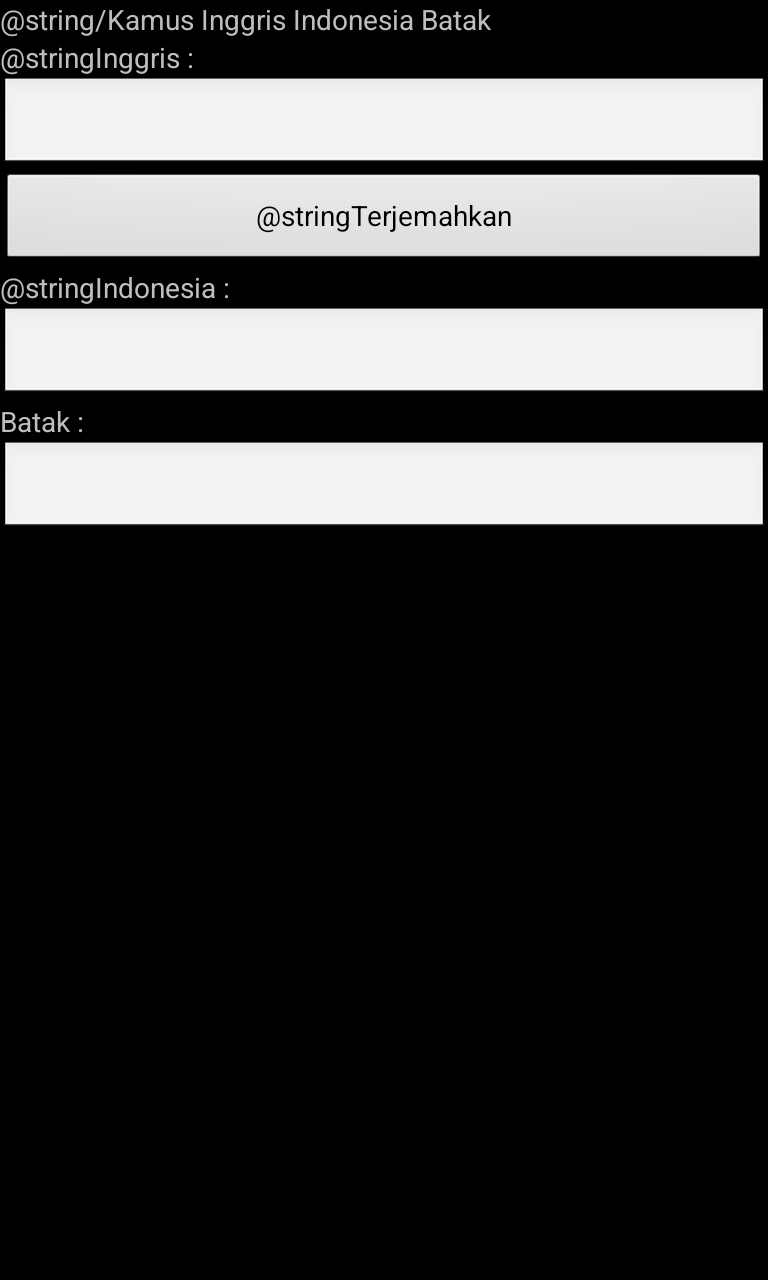
Repository: AndenWano/kamusbahasaindonesia
Layout: KamusKomputer/Kamus/res/layout/activity_show_kamus.xml
An editor plug-in stored every save of this project. The layout is shown before and after the next save, followed by the edit.
It is drawn on a 768 x 1280 px phone screen (xhdpi) without system bars, with theme android:Theme; the app's code is not run.

Above is the layout before, as saved 2014-12-21 10:19:12.

After the next save:
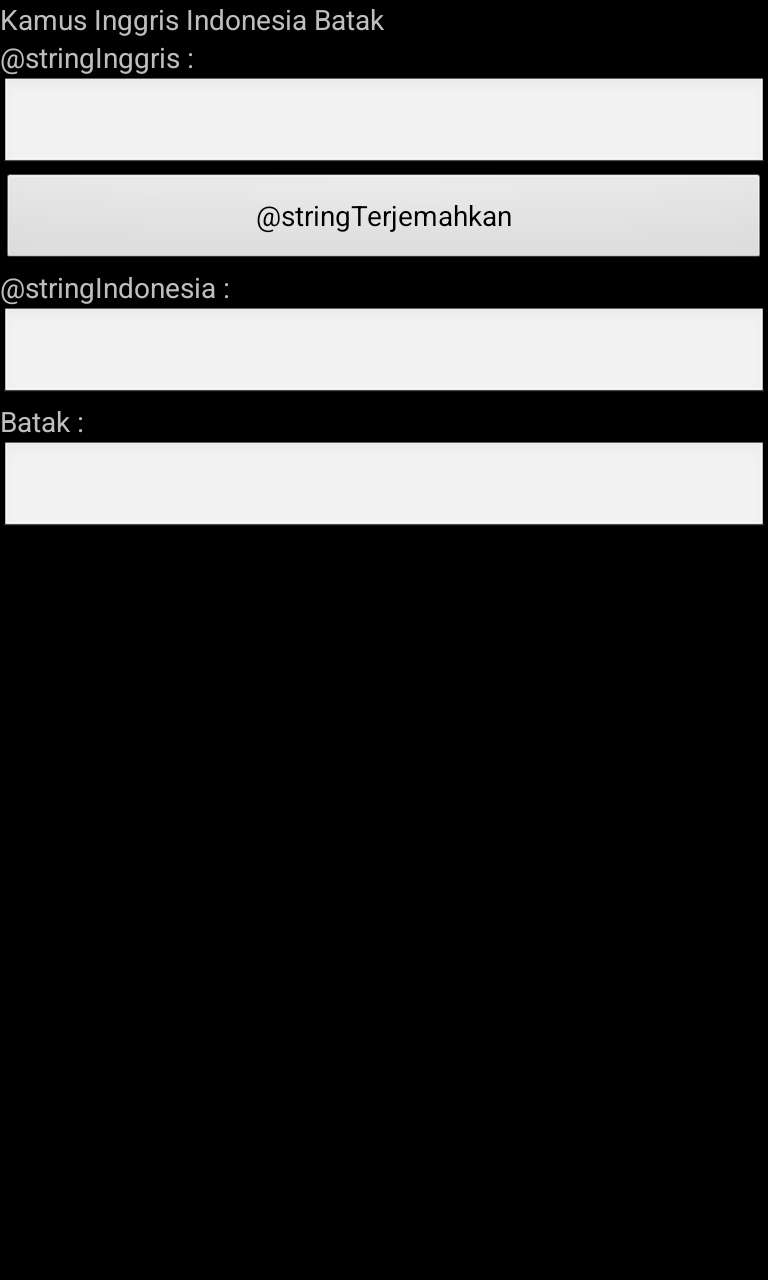
Saved 9 s later.
--- a/KamusKomputer/Kamus/res/layout/activity_show_kamus.xml
+++ b/KamusKomputer/Kamus/res/layout/activity_show_kamus.xml
@@ -8,7 +8,7 @@ android:layout_height="fill_parent"
 <TextView
 android:layout_width="fill_parent"
 android:layout_height="wrap_content"
-android:text="@string/Kamus Inggris Indonesia Batak"
+android:text="Kamus Inggris Indonesia Batak"
 />
 <TextView
 android:text="@stringInggris :"
